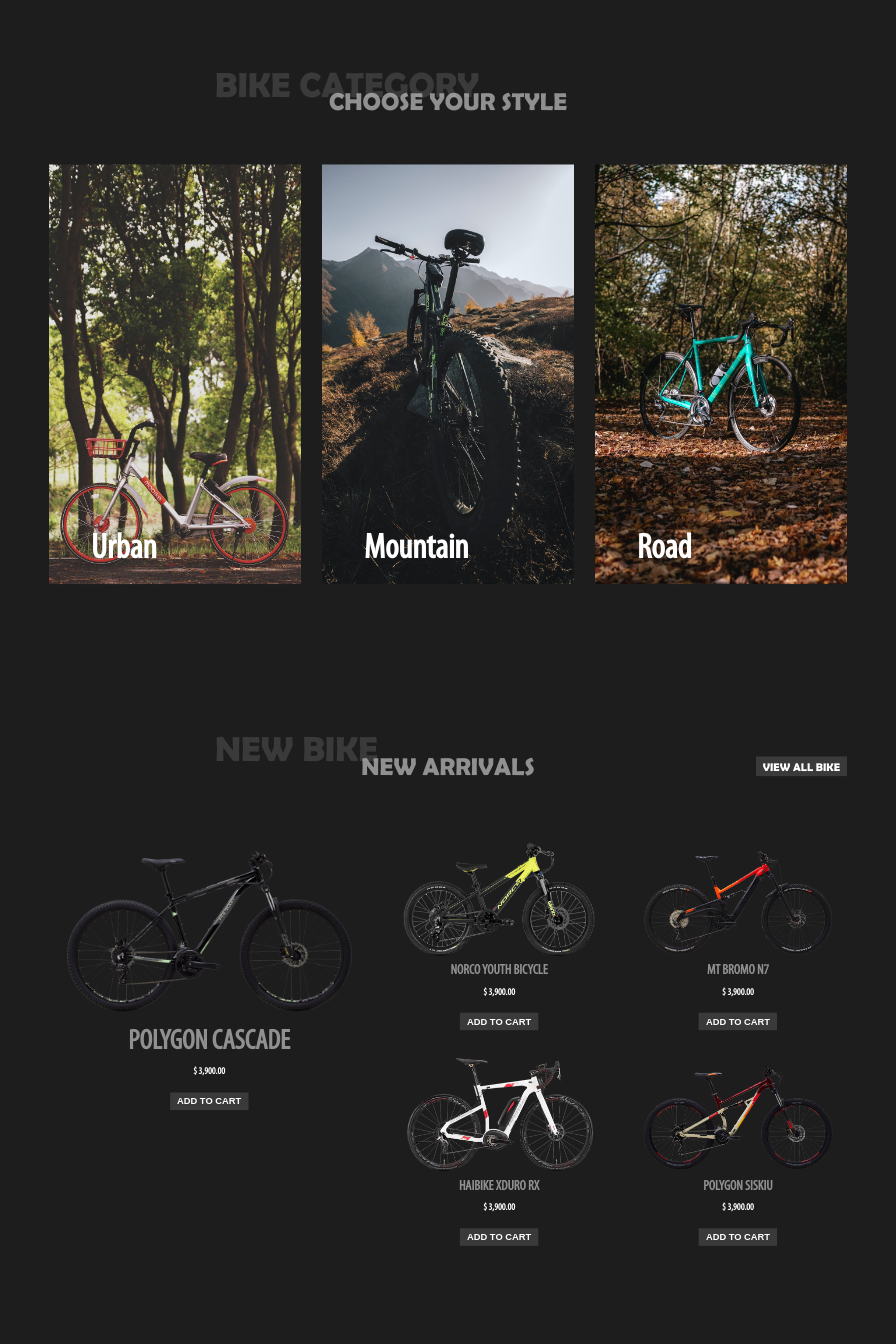
Repository: phamhuuloc/TourBike
Page: index.html
The author's editor kept a copy of each file at every save. The page is drawn from the files as they stood at one save, then again after the next save.
The browser window is 1280 px wide. The pictures show the part of the page from y = 714 to 2634 px (the page is 2634 px tall), at 70% of full size.

Above is the page before, as saved 2021-11-06 10:40:16.

After the next save:
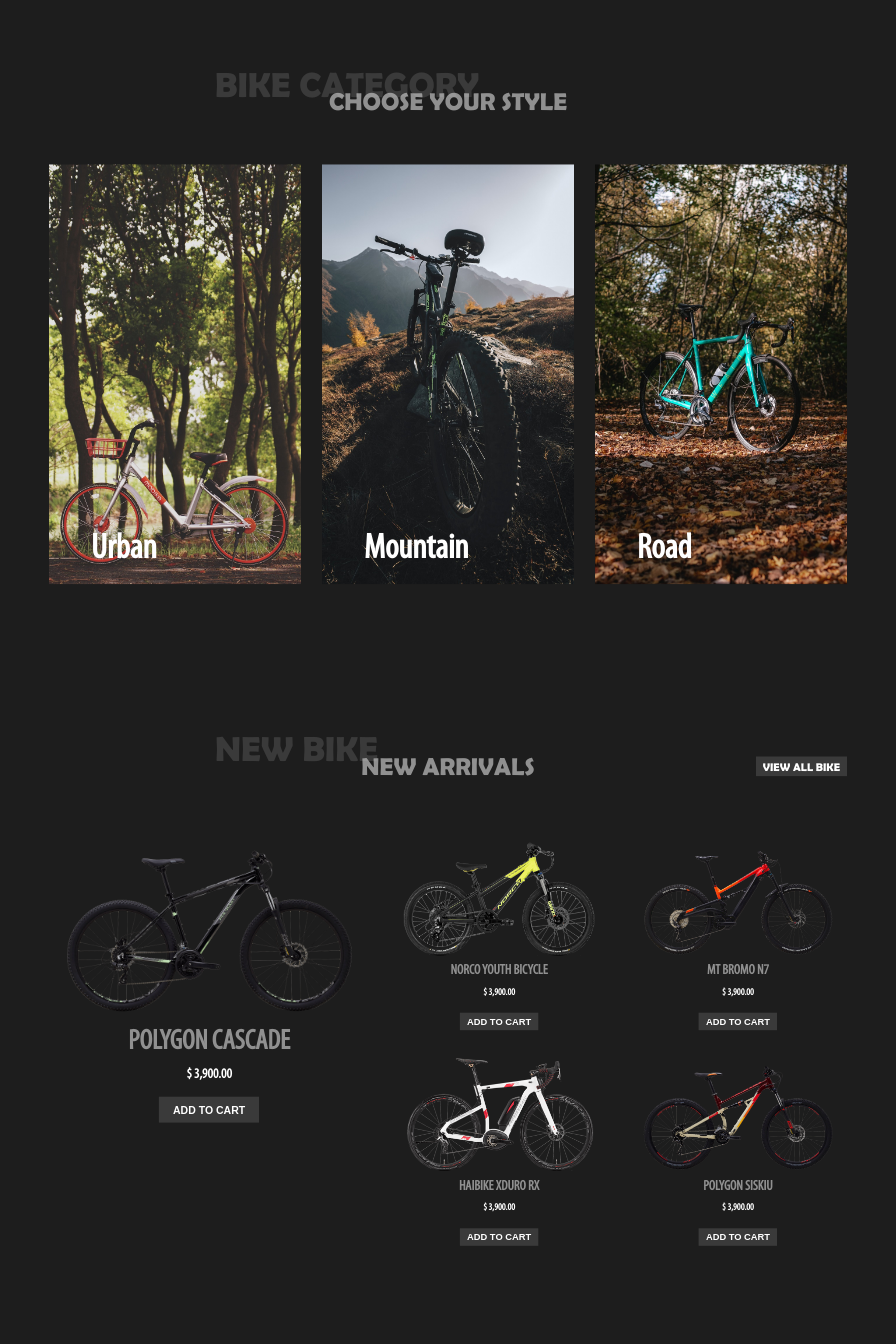
Saved 2 min 14 s later.
--- a/assets/css/main.css
+++ b/assets/css/main.css
@@ -329,3 +329,10 @@
 .product-card-large .product-name {
   font-size: 4rem;
 }
+.product-card-large .product-price {
+  font-size: 2rem;
+}
+.product-card-large .btn {
+  font-size: 1.5rem;
+  padding: 1rem 2rem;
+}
